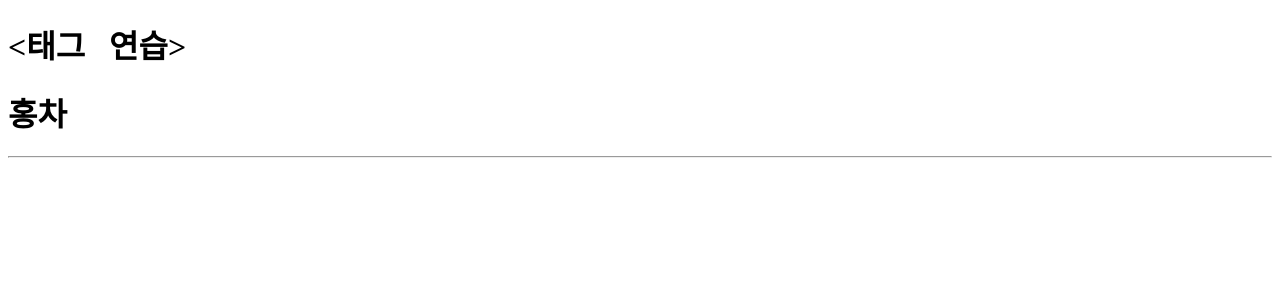
Repository: kmg8138/html
Page: 2020.04.06/ex0406/WebContent/ex03.html
These files come from the project's save history. The page is drawn as it stood at one moment and after the next save; the edit follows.
The browser window is 1280 px wide. The pictures show the whole page.

Above is the page before, as saved 2020-04-06 01:50:06.

### 2020.04.06/ex0406/WebContent/ex03.html
<!DOCTYPE html>
<html>
<head>
	<meta charset="UTF-8">
	<title>연습3</title>
</head>
<body>
	<h1>&lt;태그&nbsp;&nbsp;&nbsp;연습&gt;</h1>
	<h1>홍차</h1>
	<hr/>
</body>
</html>

After the next save:
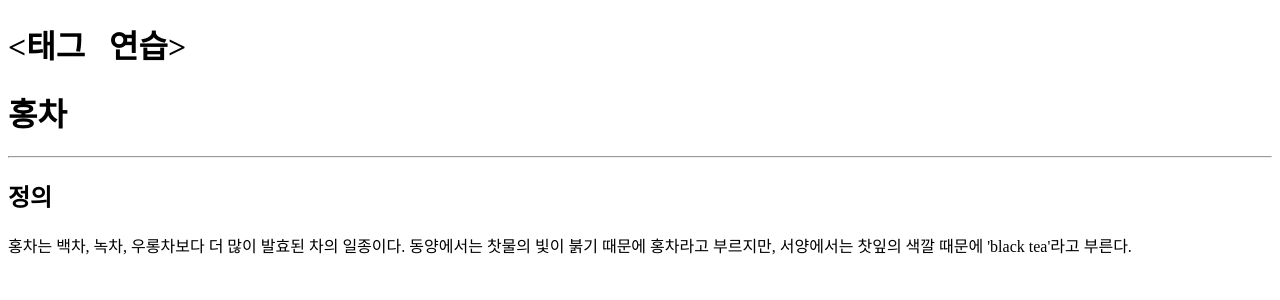
Saved 2 min 16 s later.
--- a/2020.04.06/ex0406/WebContent/ex03.html
+++ b/2020.04.06/ex0406/WebContent/ex03.html
@@ -8,5 +8,9 @@
 	<h1>&lt;태그&nbsp;&nbsp;&nbsp;연습&gt;</h1>
 	<h1>홍차</h1>
 	<hr/>
+	<h2>정의</h2>
+	<p>
+	홍차는 백차, 녹차, 우롱차보다 더 많이 발효된 차의 일종이다. 동양에서는 찻물의 빛이 붉기 때문에 홍차라고 부르지만,
+	서양에서는 찻잎의 색깔 때문에 'black tea'라고 부른다.<p/>
 </body>
 </html>
